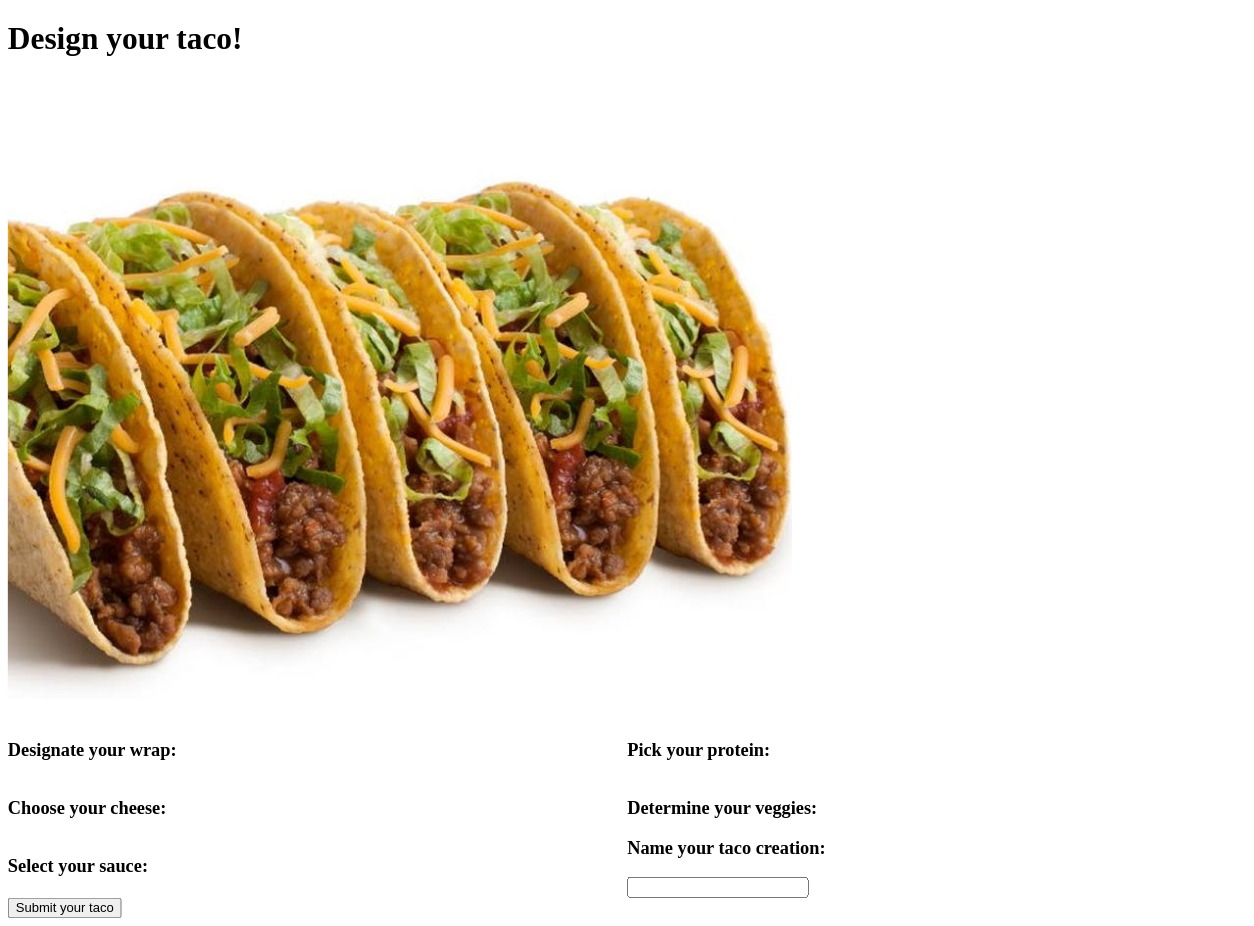
Repository: LucaFinizio/Tacos
Page: http://localhost/design
These files come from the project's save history. The page is drawn as it stood at one moment and after the next save; the edit follows.
The browser window is 1280 px wide. The pictures show the whole page, at 98% of full size.
The page is this project's Thymeleaf template; nobody is signed in. The template is opened directly, without the code that normally fills it, so the values that code supplies are empty.

Above is the page before, as saved 2019-09-12 10:30:09.

After the next save:
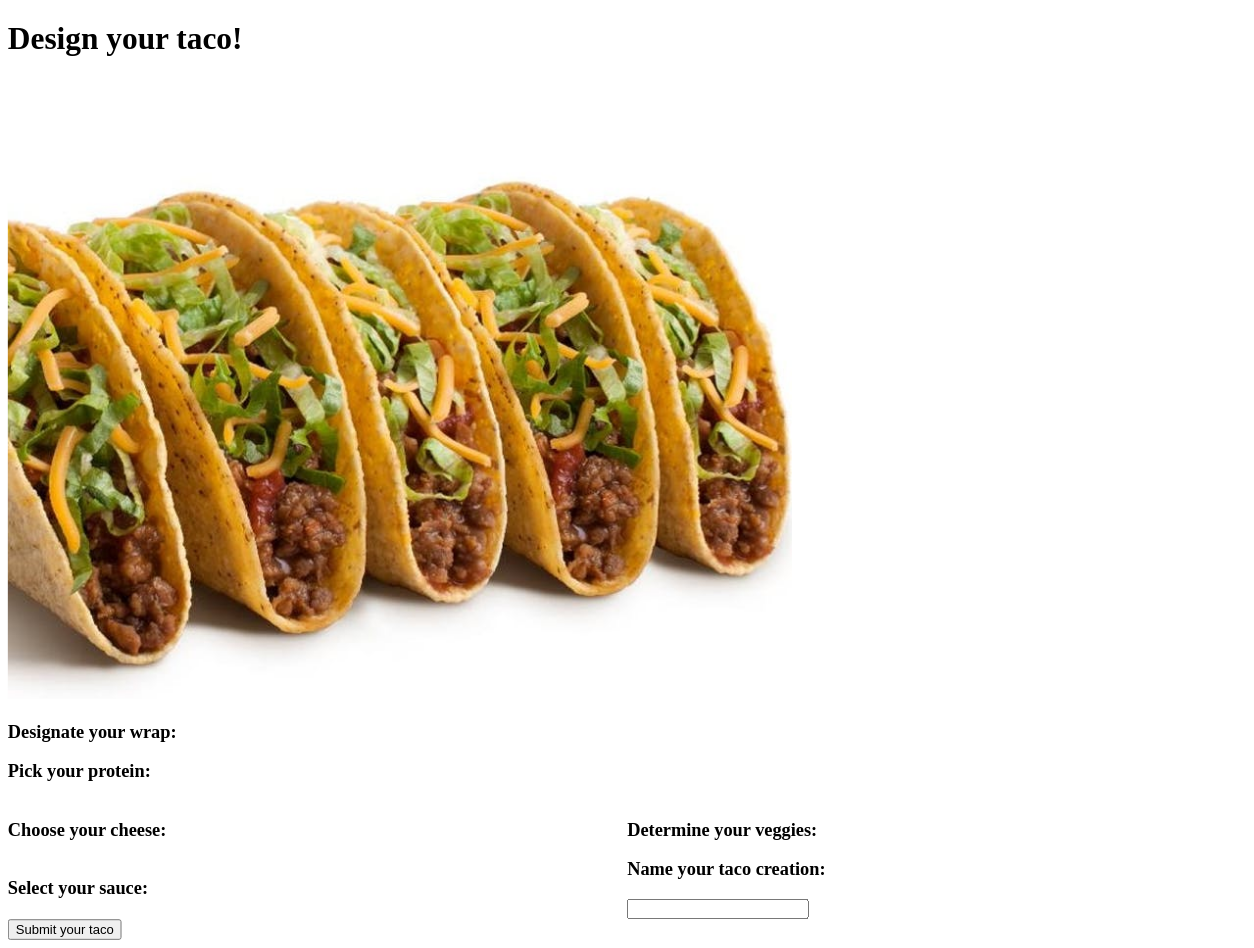
Saved 79 s later.
--- a/taco-cloud/src/main/resources/templates/design.html
+++ b/taco-cloud/src/main/resources/templates/design.html
@@ -14,7 +14,7 @@
 
 	<div class="grid-container">
 
-	<div class="ingredient-group" id="wraps">
+	<div class="grid-item" id="wraps">
 		<h3>Designate your wrap:</h3>
 		<div th:each="ingredient : ${wrap}">
 			<input name="ingredients" type="checkbox" th:value="${ingredient.id}" />
@@ -22,7 +22,7 @@
 		</div>
 	</div>
 
-	<div class="ingredient-group" id="proteins">
+	<div class="grid-item" id="proteins">
 		<h3>Pick your protein:</h3>
 		<div th:each="ingredient : ${protein}">
 			<input name="ingredients" type="checkbox" th:value="${ingredient.id}" />
